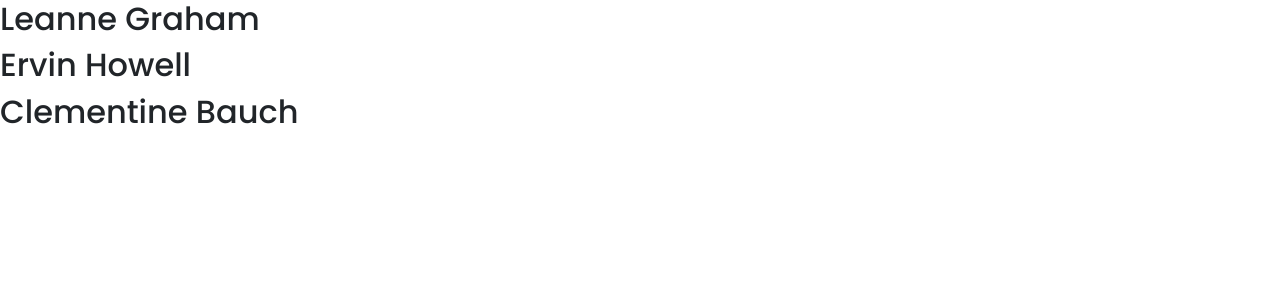
Repository: DeraBola/user-app
Page: /
The author's editor kept a copy of each file at every save. The page is drawn from the files as they stood at one save, then again after a run of saves.
The browser window is 1280 px wide. The pictures show the whole page.
The project was rebuilt for these pictures with package versions that can differ from the ones it lists, and the page was loaded fresh each time.

Above is the page before, as saved 2022-08-04 19:33:59.

### src/index.js
import React from 'react';
import ReactDOM from 'react-dom/client';
import './index.css';
import App from './App';


const root = ReactDOM.createRoot(document.getElementById('root'));
root.render(
  <React.StrictMode>
    <App />
  </React.StrictMode>
);

### src/App.js

 import React, { useState } from "react";
 import "bootstrap/dist/css/bootstrap.min.css"
 import './App.css'
 import UsersList from "../src/components/UsersList";

const App = () => {

const [users, setusers] = useState([
  {
      "id": 1,
      "name": "Leanne Graham",
      "username": "Bret",
      "email": "Sincere@april.biz",
      "address": {
          "street": "Kulas Light",
          "suite": "Apt. 556",
          "city": "Gwenborough",
          "zipcode": "92998-3874",
          "geo": {
              "lat": "-37.3159",
              "lng": "81.1496"
          }
      },
      "phone": "1-770-736-8031 x56442",
      "website": "hildegard.org",
      "company": {
          "name": "Romaguera-Crona",
          "catchPhrase": "Multi-layered client-server neural-net",
          "bs": "harness real-time e-markets"
      }
  },
  {
      "id": 2,
      "name": "Ervin Howell",
      "username": "Antonette",
      "email": "Shanna@melissa.tv",
      "address": {
          "street": "Victor Plains",
          "suite": "Suite 879",
          "city": "Wisokyburgh",
          "zipcode": "90566-7771",
          "geo": {
              "lat": "-43.9509",
              "lng": "-34.4618"
          }
      },
      "phone": "010-692-6593 x09125",
      "website": "anastasia.net",
      "company": {
          "name": "Deckow-Crist",
          "catchPhrase": "Proactive didactic contingency",
          "bs": "synergize scalable supply-chains"
      }
  },
  {
      "id": 3,
      "name": "Clementine Bauch",
      "username": "Samantha",
      "email": "Nathan@yesenia.net",
      "address": {
          "street": "Douglas Extension",
          "suite": "Suite 847",
          "city": "McKenziehaven",
          "zipcode": "59590-4157",
          "geo": {
              "lat": "-68.6102",
              "lng": "-47.0653"
          }
      },
      "phone": "1-463-123-4447",
      "website": "ramiro.info",
      "company": {
          "name": "Romaguera-Jacobson",
          "catchPhrase": "Face to face bifurcated interface",
          "bs": "e-enable strategic applications"
      }
  },]);

  return (
    <div className="App">
    <UsersList users={users} />
    </div>
  )
};

export default App;

### src/App.css
@import url('https://fonts.googleapis.com/css2?family=Manrope:wght@300;400&family=Poppins:wght@300;400;500;600&display=swap');
body {
    font-family: 'Poppins', sans-serif;
    margin: 0;
    padding: 0;
    text-decoration: none;
    list-style-type: none;
    outline: none;
    background: #gge33;
}

### src/components/UsersList.js
import React from "react";

const UsersList = (props) =>{
    return (
        <>
        {props.users.map((user, index) => (
        <div>
            <h2>{user.name}</h2>
        </div>
    ))}
        </>
    );
};

export default UsersList;

Loaded but not shown: public/index.html (common file); src/index.css (common file)

After the next 4 saves:
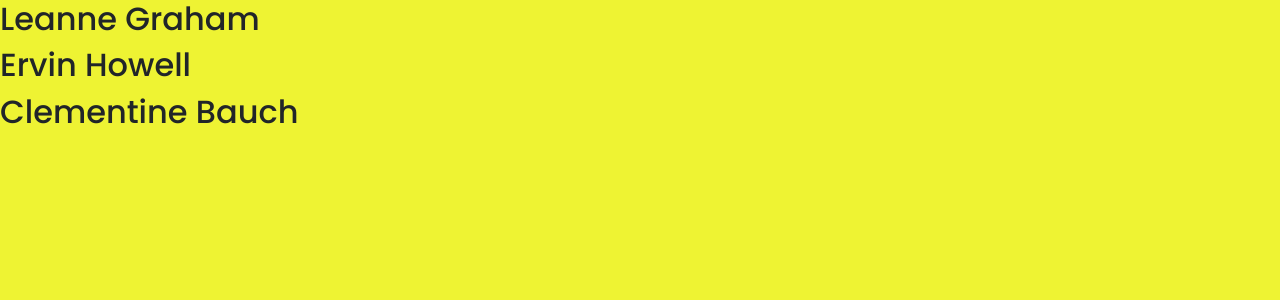
The 4 saves are shown as one change because they came seconds apart.
The last was saved 12 s later.
--- a/src/App.css
+++ b/src/App.css
@@ -6,5 +6,5 @@ body {
     text-decoration: none;
     list-style-type: none;
     outline: none;
-    background: #gge33;
+    background: #eef333;
 }
